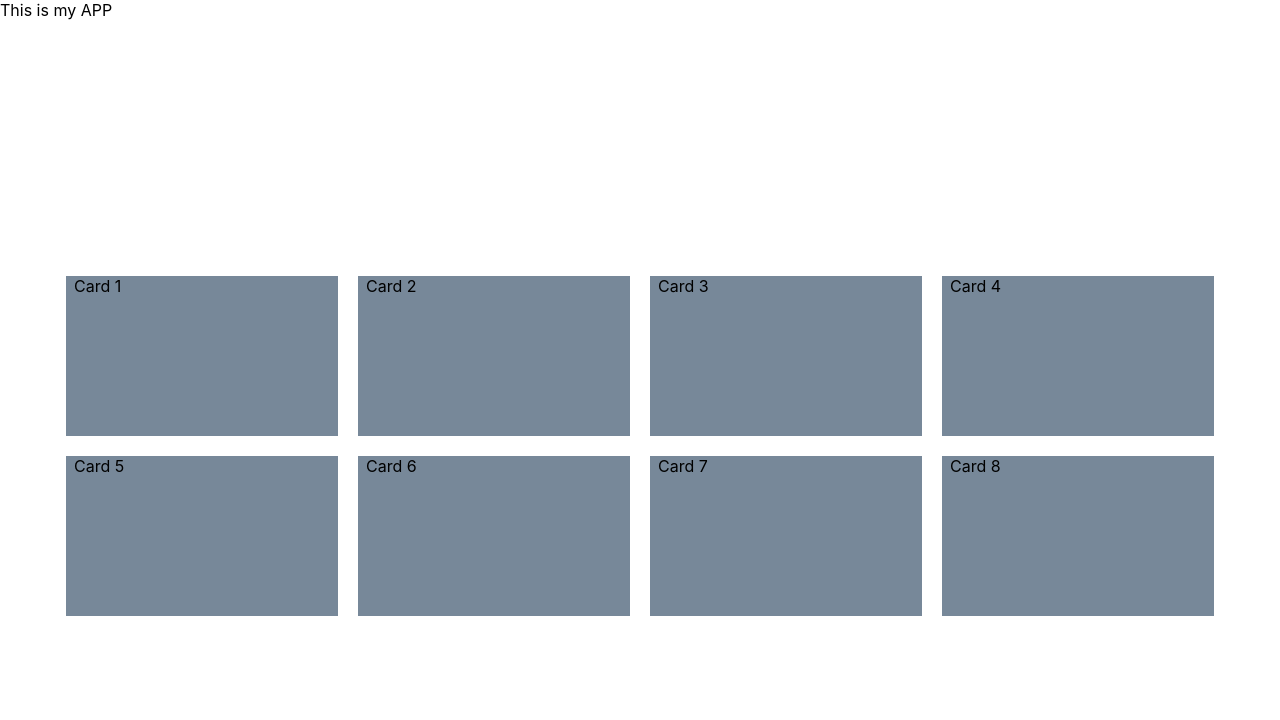
Repository: vnevescode/ui-components-react
Page: /
An editor plug-in stored every save of this project. The page is shown before and after the next save, followed by the edit.
The browser window is 1280 px wide. The pictures show the whole page.
The project was rebuilt for these pictures with package versions that can differ from the ones it lists, and the page was loaded fresh each time.

Above is the page before, as saved 2022-06-09 22:25:18.

After the next save:
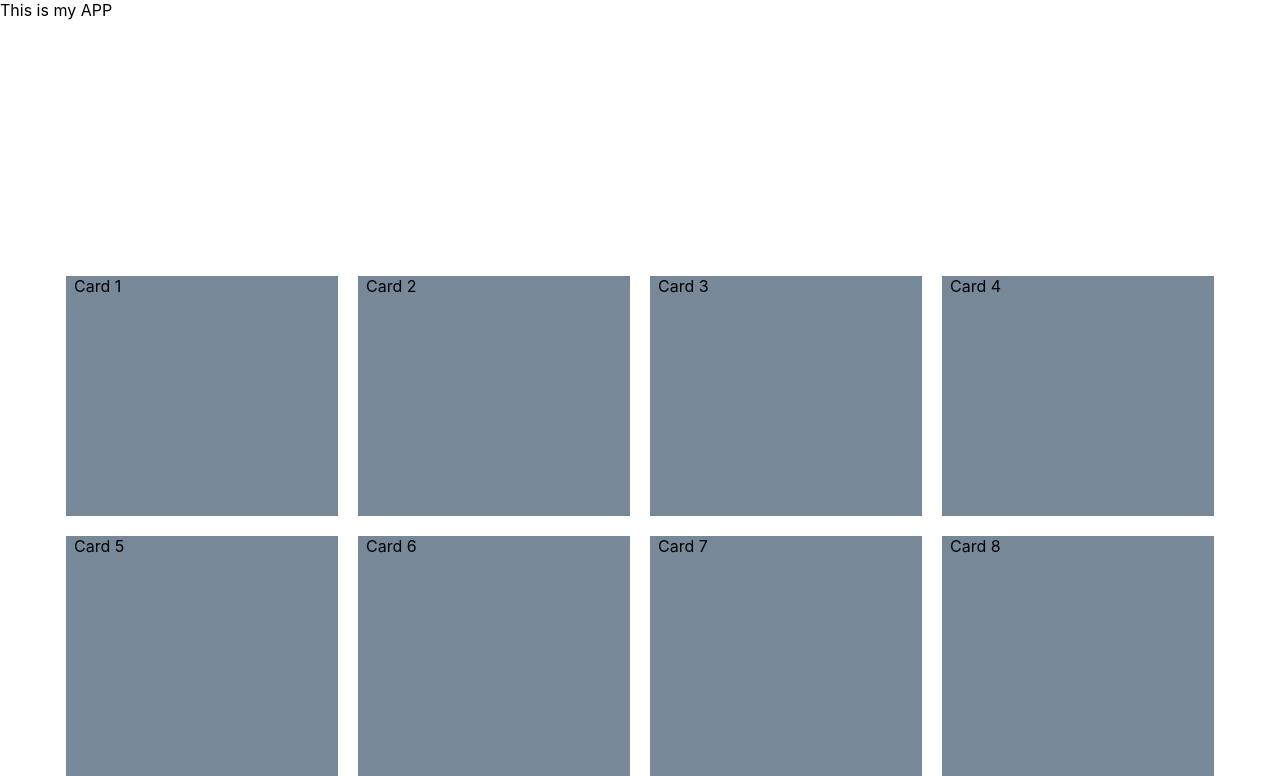
Saved 9 s later.
--- a/src/components/Cards/Cards.style.css
+++ b/src/components/Cards/Cards.style.css
@@ -11,7 +11,7 @@
 
 .cards__item{
     /* width: 50px;*/
-    height: 10rem;
+    height: 15rem;
     flex-basis: 20%;
     padding-left: 8px;
     padding-right: 8px;
